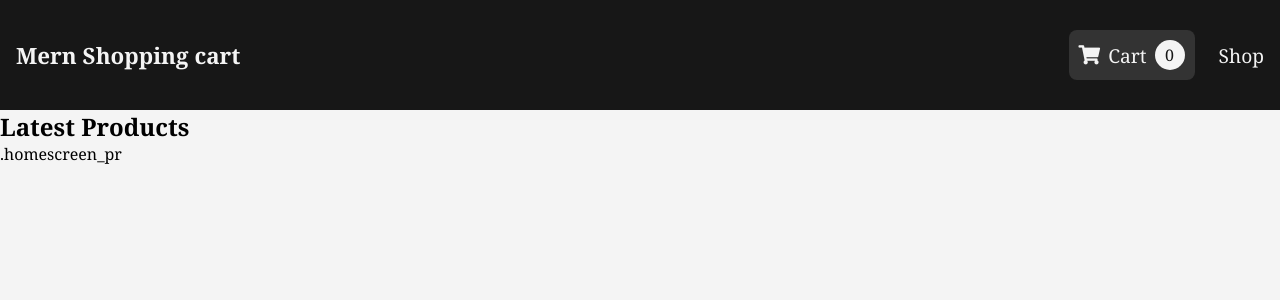
Repository: exiled-kal/MernShop
Page: / (app in frontend/)
These files come from the project's save history. The page is drawn as it stood at one moment and after the next save; the edit follows.
The browser window is 1280 px wide. The pictures show the whole page.
The project was rebuilt for these pictures with package versions that can differ from the ones it lists, and the page was loaded fresh each time. Also part of the build but not shown: frontend/src/screens/HomeScreen.css, frontend/src/screens/ProductScreen.css, frontend/src/screens/ProductScreen.js, frontend/src/screens/CartScreen.css, frontend/src/screens/CartScreen.js, frontend/src/components/Backdrop.css, frontend/src/components/Backdrop.js.

Above is the page before, as saved 2021-03-23 20:43:09.

After the next save:
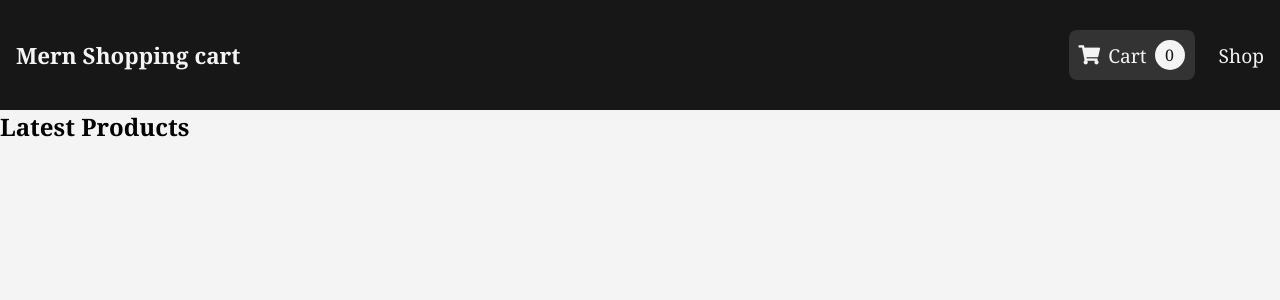
Saved 4 s later.
--- a/frontend/src/screens/HomeScreen.js
+++ b/frontend/src/screens/HomeScreen.js
@@ -3,7 +3,9 @@ const HomeScreen = () => {
   return (
     <div className="homescreen">
       <h2 className="homescreen__title">Latest Products</h2>
-      .homescreen_pr
+      <div className="homescreen_products">
+
+      </div>
     </div>
   );
 };
